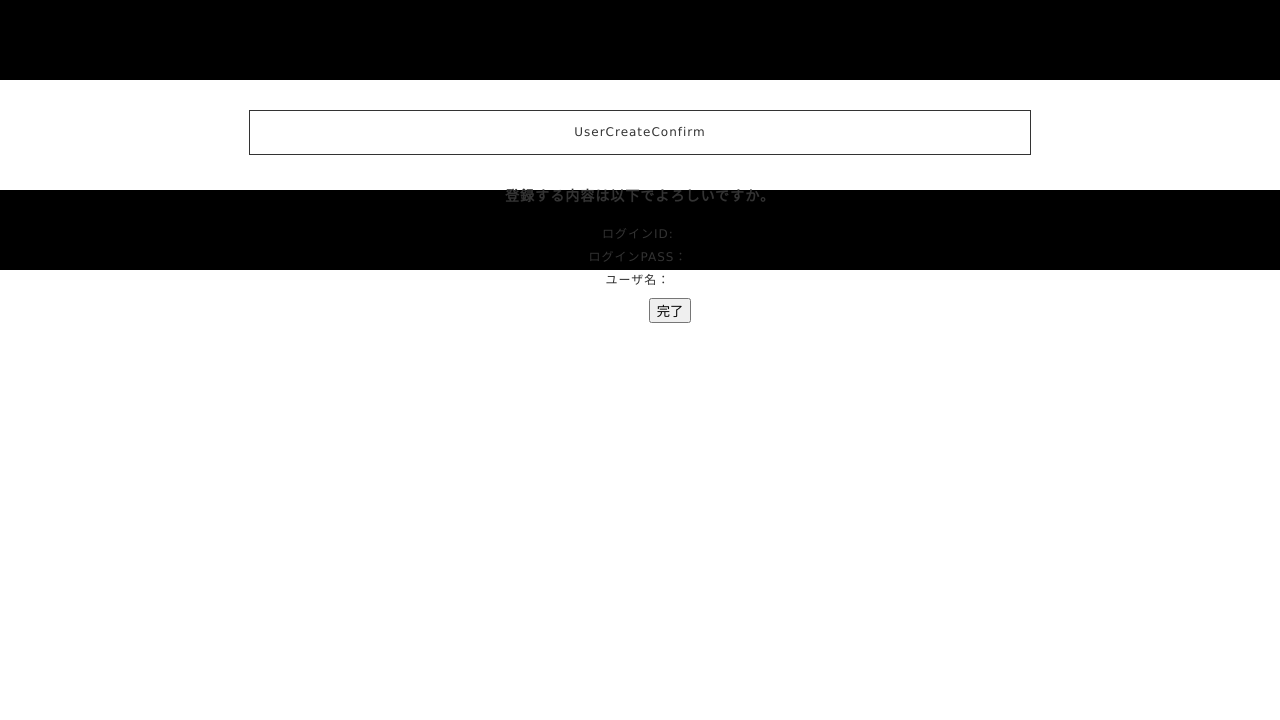
Repository: 3103senoomizho/test
Page: http://localhost/ecsite1/userCreateConfirm.jsp
The author's editor kept a copy of each file at every save. The page is drawn from the files as they stood at one save, then again after the next save.
The browser window is 1280 px wide. The pictures show the whole page.
The page is served by Tomcat 9.

Above is the page before, as saved 2018-03-23 05:17:18.

After the next save:
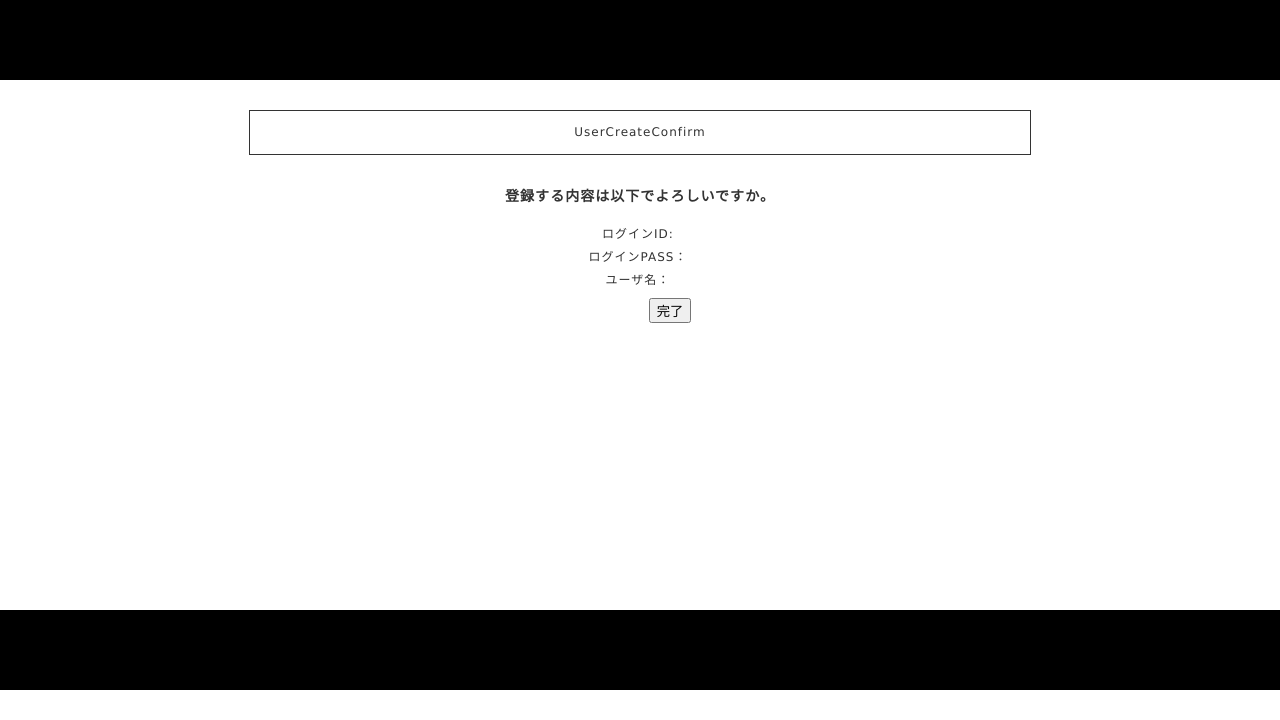
Saved 95 s later.
--- a/ecsite1/WebContent/userCreateConfirm.jsp
+++ b/ecsite1/WebContent/userCreateConfirm.jsp
@@ -42,7 +42,7 @@ table{
   }
 #main{
   width:100%;
-  height:80px;
+  height:500px;
   text-align:center;
   clear:both;
   }
